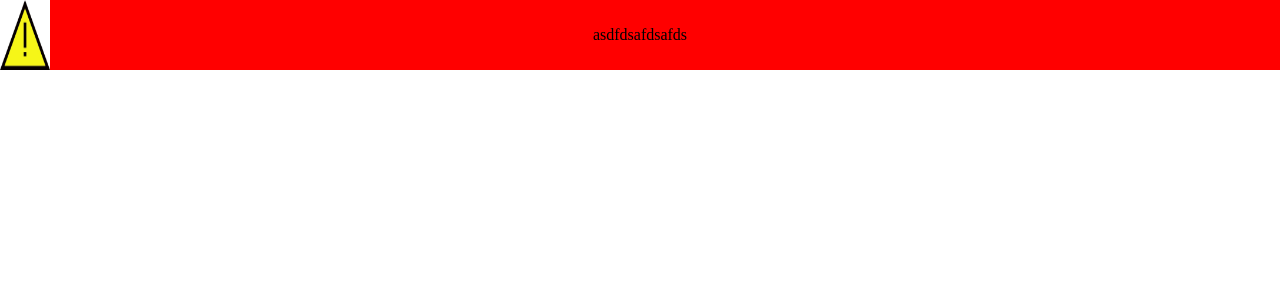
Repository: leehyeonung/myproject
Page: http://localhost/myproject/
The author's editor kept a copy of each file at every save. The page is drawn from the files as they stood at one save, then again after the next save.
The browser window is 1280 px wide. The pictures show the whole page.
The page is served by Tomcat 9.

Above is the page before, as saved 2023-03-15 10:46:20.

After the next save:
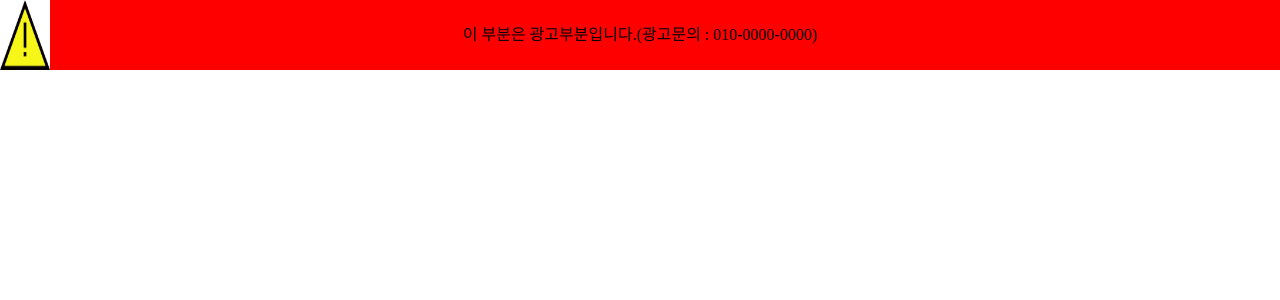
Saved 44 s later.
--- a/myproject/src/main/webapp/header.jsp
+++ b/myproject/src/main/webapp/header.jsp
@@ -11,7 +11,7 @@
 
 <div class="ad">
 <img alt="" src="/resources/image/warning2.jpg">
-asdfdsafdsafds
+이 부분은 광고부분입니다.(광고문의 : 010-0000-0000)
 </div>
 
 <header>
